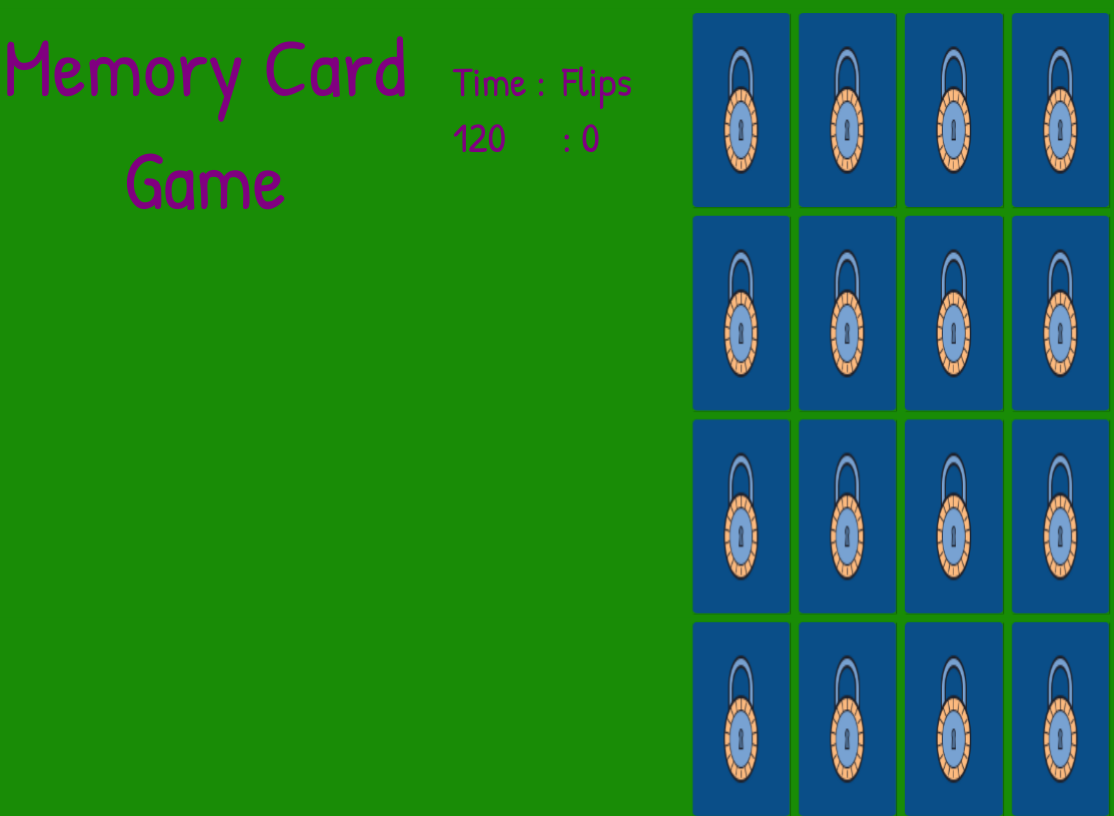
Repository: claudiadanaila1/Project-2--Interactive-FrontEnd---Memory-game
Page: index.html
The author's editor kept a record of every edit. The page is drawn from the files as they stood at one moment, then again after the next edit.
The browser window is 1280 px wide. The pictures show the whole page, at 87% of full size.

Above is the page before.

### index.html
<!DOCTYPE html>
<html lang="en">
<head>
    <meta charset="UTF-8">
    <meta name="viewport" content="width=device-width, initial-scale=1.0">
    <meta http-equiv="X-UA-Compatible" content="ie=edge">
    <link rel="stylesheet" href="css/style.css" type="text/css" />
    <title>Memory Card Game</title>
</head>
<body>
    <h1 class="title">Memory Card Game</h1>

    <div class="game-info-container">
      <div class="game-info">
        Time : <span id="time-remaining">120</span>
      </div>
      <div class="game-info">
        Flips : <span id="flips">0</span>
      </div>
    </div>

  <section class="memory-game">
      <div class="memory-card">
          <img class="card-front" src="assets/images/jelly1.jpg" alt="jelly-fish"/>
          <img class="card-back"  src="assets/images/icon8-lock.png" alt="lock" />
      </div>
      <div class="memory-card">
          <img class="card-front" src="assets/images/jelly1.jpg" alt="jelly-fish"/>
          <img class="card-back"  src="assets/images/icon8-lock.png" alt="lock" />
      </div>
      <div class="memory-card">
          <img class="card-front" src="assets/images/jelly2.jpg" alt="jelly-fish"/>
          <img class="card-back"  src="assets/images/icon8-lock.png" alt="lock" />
      </div>
      <div class="memory-card">
          <img class="card-front" src="assets/images/jelly2.jpg" alt="jelly-fish"/>
          <img class="card-back"  src="assets/images/icon8-lock.png" alt="lock" />
      </div>
      <div class="memory-card">
          <img class="card-front" src="assets/images/jelly3.jpg" alt="jelly-fish"/>
          <img class="card-back"  src="assets/images/icon8-lock.png" alt="lock" />
      </div>
      <div class="memory-card">
          <img class="card-front" src="assets/images/jelly3.jpg" alt="jelly-fish"/>
          <img class="card-back"  src="assets/images/icon8-lock.png" alt="lock" />
      </div>
      <div class="memory-card">
          <img class="card-front" src="assets/images/jelly4.jpg" alt="jelly-fish"/>
          <img class="card-back"  src="assets/images/icon8-lock.png" alt="lock" />
      </div>
      <div class="memory-card">
          <img class="card-front" src="assets/images/jelly4.jpg" alt="jelly-fish"/>
          <img class="card-back"  src="assets/images/icon8-lock.png" alt="lock" />
      </div>
      <div class="memory-card">
          <img class="card-front" src="assets/images/jelly5.jpg" alt="jelly-fish"/>
          <img class="card-back"  src="assets/images/icon8-lock.png" alt="lock" />
      </div>
      <div class="memory-card">
          <img class="card-front" src="assets/images/jelly5.jpg" alt="jelly-fish"/>
          <img class="card-back"  src="assets/images/icon8-lock.png" alt="lock" />
      </div>
      <div class="memory-card">
          <img class="card-front" src="assets/images/jelly6.jpg" alt="jelly-fish"/>
          <img class="card-back"  src="assets/images/icon8-lock.png" alt="lock" />
      </div>
      <div class="memory-card">
          <img class="card-front" src="assets/images/jelly6.jpg" alt="jelly-fish"/>
          <img class="card-back"  src="assets/images/icon8-lock.png" alt="lock" />
      </div>
      <div class="memory-card">
          <img class="card-front" src="assets/images/jelly7.jpg" alt="jelly-fish"/>
          <img class="card-back"  src="assets/images/icon8-lock.png" alt="lock" />
      </div>
       <div class="memory-card">
          <img class="card-front" src="assets/images/jelly7.jpg" alt="jelly-fish"/>
          <img class="card-back"  src="assets/images/icon8-lock.png" alt="lock" />
      </div>
      <div class="memory-card">
          <img class="card-front" src="assets/images/jelly8.jpg" alt="jelly-fish"/>
          <img class="card-back"  src="assets/images/icon8-lock.png" alt="lock" />
      </div>
      <div class="memory-card">
          <img class="card-front" src="assets/images/jelly8.jpg" alt="jelly-fish"/>
          <img class="card-back"  src="assets/images/icon8-lock.png" alt="lock" />
      </div>

  </section>

</body>
</html>

### css/style.css
@import url('https://fonts.googleapis.com/css?family=Patrick+Hand&display=swap');


* {
    padding: 0;
    margin: 0;
    box-sizing: border-box;
}

html {
  min-height: 100vh;
    display: flex;
    background-color:#198c06;
}

body{
    margin:auto;
    justify-content:center;
    display: flex;
    background-color:#198c06;
}

.title {
    font-family:"Patrick Hand", sans-serif;
    font-size: 6em;
    text-align: center;
    font-weight: normal;
    color:purple;
}

.game-info-container {
    grid-column: 1/-1;
    justify-content: space-between;
    display: flex;
    margin:50px;
}

.game-info {
    font-family: "Patrick Hand", sans-serif;
    font-size:3em;
    color:purple;
}

.memory-game {
    height:700px;
    width:700px;
    margin:auto;
    display:flex;
    flex-wrap: wrap;
    perspective:1000px;
}

.memory-card {
  width: calc(25% - 10px);
  height: calc(33.333% - 10px);
  margin: 5px;
  position: relative;
  transform: scale(1);
  transform-style: preserve-3d;
  transition: transform .5s;
  box-shadow: 1px 1px 1px rgba(0,0,0,.3);
}

.memory-card:active {
  transform: scale(0.96);
  transition: transform .3s;
}

.memory-card.flip {
  transform: rotateY(180deg);
}

.card-front,
.card-back {
  width: 100%;
  height: 100%;
  padding: 20px;
  position: absolute;
  border-radius: 5px;
  background: #0a4e88;
  backface-visibility: hidden;
}

.card-front {
  transform: rotateY(180deg);
}

After the next edit:
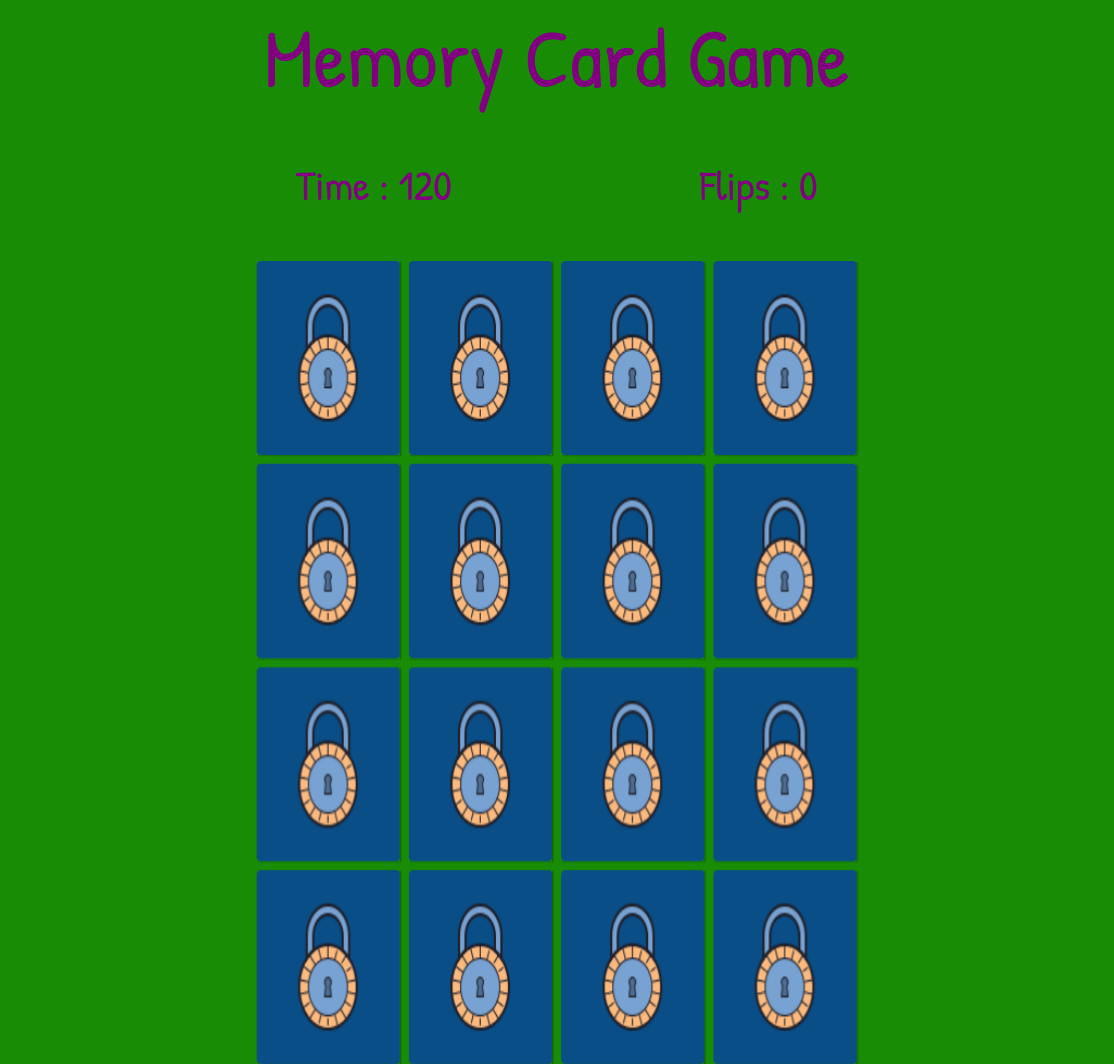
The edit:
--- a/css/style.css
+++ b/css/style.css
@@ -16,8 +16,6 @@
 body{
     margin:auto;
     justify-content:center;
-    display: flex;
-    background-color:#198c06;
 }
 
 .title {
